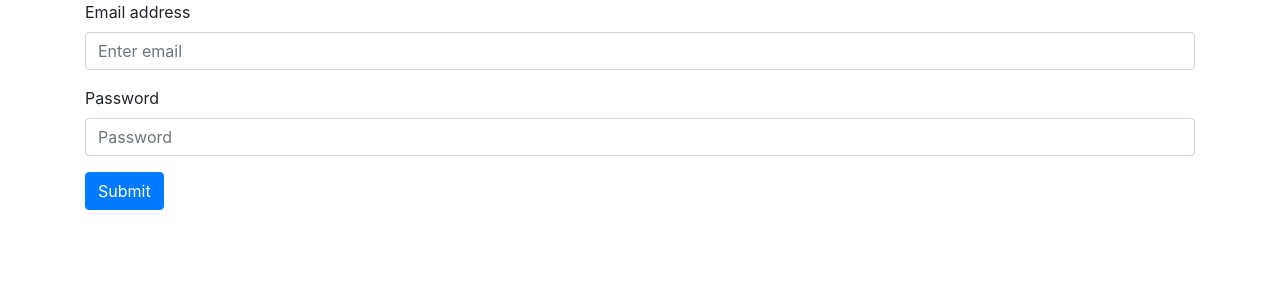
Repository: phamvuhung2710/sound-express
Page: http://localhost/download
The author's editor kept a copy of each file at every save. The page is drawn from the files as they stood at one save, then again after the next save.
The browser window is 1280 px wide. The pictures show the whole page.
The page is served by the project's Node server (server.js).

Above is the page before, as saved 2022-08-04 22:08:17.

After the next save:
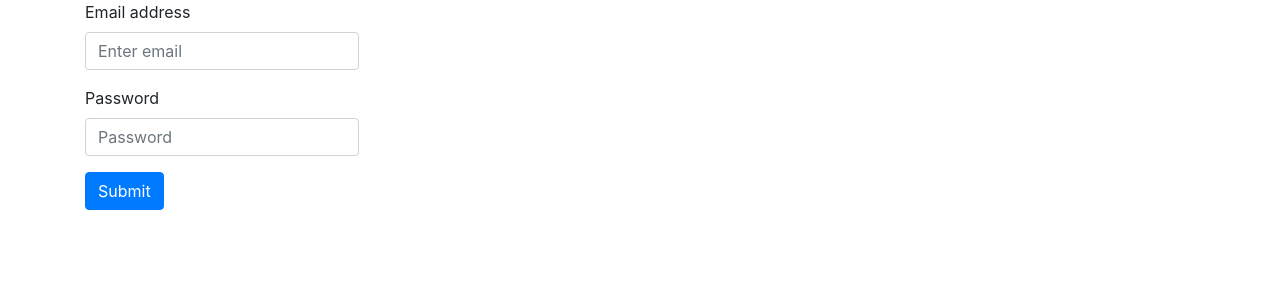
Saved 29 s later.
--- a/views/download.ejs
+++ b/views/download.ejs
@@ -13,7 +13,7 @@
     />
   </head>
   <body>
-    <div class="container">
+    <div class="container d-flex align-items-center">
       <form>
         <div class="form-group">
           <label for="exampleInputEmail1">Email address</label>

After the save that followed:
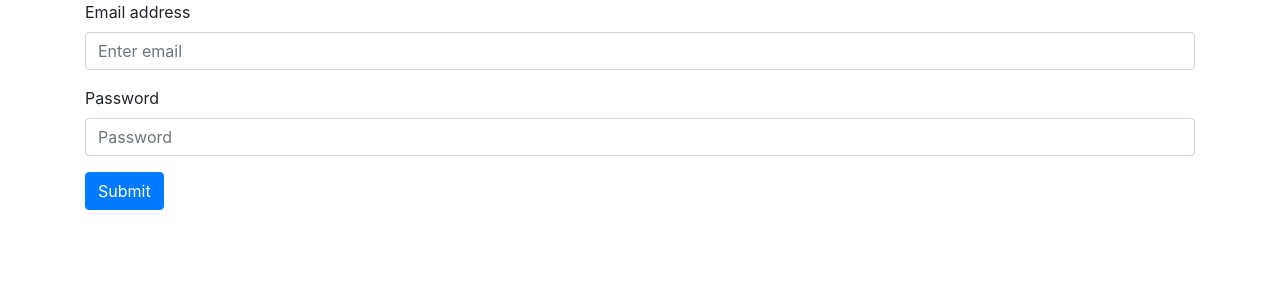
Saved 12 s later.
--- a/views/download.ejs
+++ b/views/download.ejs
@@ -13,7 +13,7 @@
     />
   </head>
   <body>
-    <div class="container d-flex align-items-center">
+    <div class="container">
       <form>
         <div class="form-group">
           <label for="exampleInputEmail1">Email address</label>
